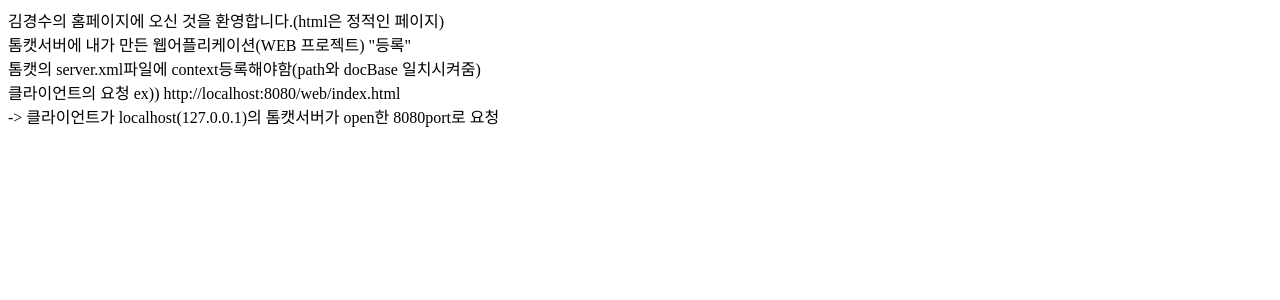
Repository: ainokks071/ServletJSP
Page: WEB/webapp/index.html
The author's editor kept a copy of each file at every save. The page is drawn from the files as they stood at one save, then again after the next save.
The browser window is 1280 px wide. The pictures show the whole page.

Above is the page before, as saved 2023-08-01 08:09:04.

After the next save:
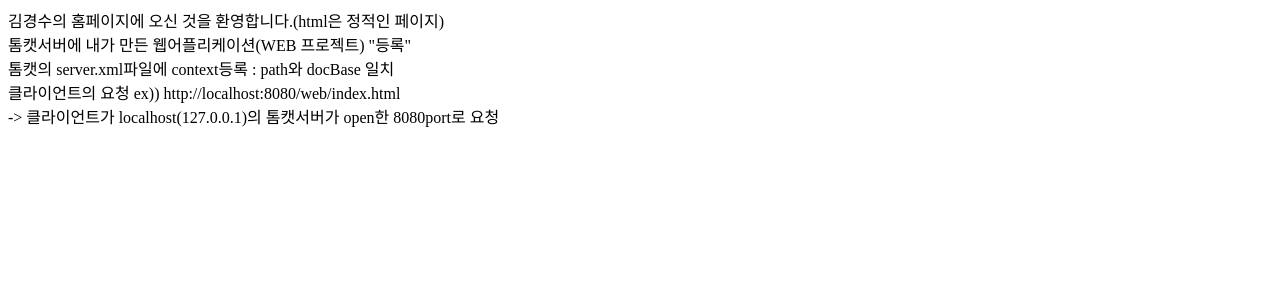
Saved 15 s later.
--- a/WEB/webapp/index.html
+++ b/WEB/webapp/index.html
@@ -8,7 +8,7 @@
 
 김경수의 홈페이지에 오신 것을 환영합니다.(html은 정적인 페이지) <br>
 톰캣서버에 내가 만든 웹어플리케이션(WEB 프로젝트) "등록" <br>
-톰캣의 server.xml파일에 context등록해야함(path와 docBase 일치시켜줌)<br>
+톰캣의 server.xml파일에 context등록 : path와 docBase 일치<br>
 클라이언트의 요청 ex)) http://localhost:8080/web/index.html <br>
 -> 클라이언트가 localhost(127.0.0.1)의 톰캣서버가 open한 8080port로 요청<br>
 
